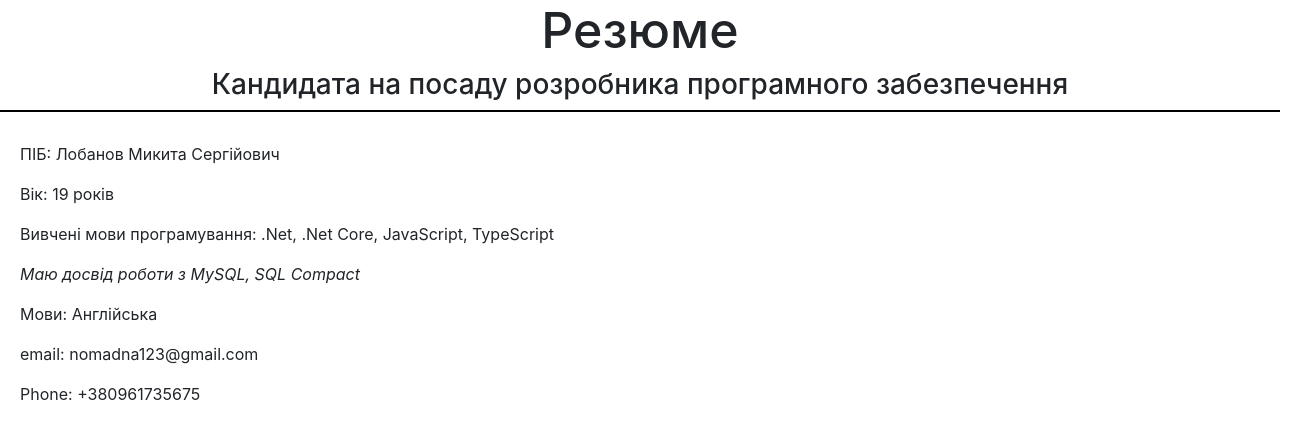
Repository: sMoonBeam/Labs
Page: AboutAuthor/WebContent/about.html
These files come from the project's save history. The page is drawn as it stood at one moment and after the next save; the edit follows.
The browser window is 1280 px wide. The page is 1280 px wide, then 1295 px, so the pictures cover 1295 px, including what lies to the right of the window. The pictures show the whole page.

Above is the page before, as saved 2019-10-16 20:26:00.

After the next save:
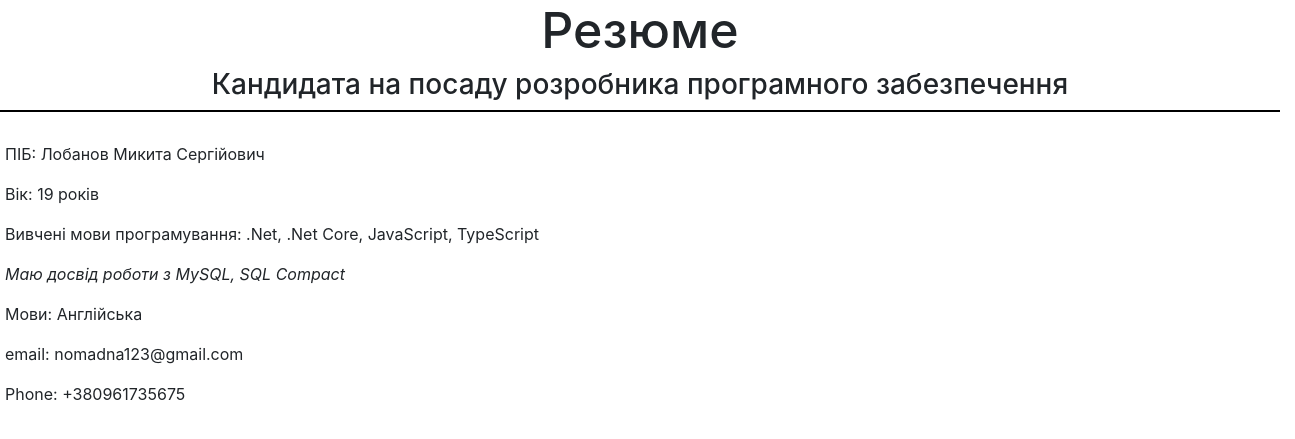
Saved 15 s later.
--- a/AboutAuthor/WebContent/about.html
+++ b/AboutAuthor/WebContent/about.html
@@ -11,15 +11,20 @@
 		<h1 style="font-size:50px;">Резюме</h1>
 		<h3>Кандидата на посаду розробника програмного забезпечення</h3>
 	</div>
-	<div style="padding-top:30px;">
-		<p style="text-indent:20px">ПIБ: Лобанов Микита Сергійович</p>
-		<p style="text-indent:20px">Вiк: 19 рокiв</p>
-		<p style="text-indent:20px">Вивченi мови програмування: .Net, .Net Core, JavaScript, TypeScript</p>
-		<i><p style="text-indent:20px">Маю досвiд роботи з MySQL, SQL Compact</p></i>
-		<p style="text-indent:20px">Мови: Англiйська</p>
+	<div style="padding-top:30px;" class="row">
+		<div>
+			<p style="text-indent:20px">ПIБ: Лобанов Микита Сергійович</p>
+			<p style="text-indent:20px">Вiк: 19 рокiв</p>
+			<p style="text-indent:20px">Вивченi мови програмування: .Net, .Net Core, JavaScript, TypeScript</p>
+			<i><p style="text-indent:20px">Маю досвiд роботи з MySQL, SQL Compact</p></i>
+			<p style="text-indent:20px">Мови: Англiйська</p>
 
-		<p style="text-indent:20px">email: nomadna123@gmail.com</p>
-		<p style="text-indent:20px">Phone: +380961735675</p>
+			<p style="text-indent:20px">email: nomadna123@gmail.com</p>
+			<p style="text-indent:20px">Phone: +380961735675</p>
+		</div>
+		<div>
+			<img href="C:\Users\nomad\eclipse-workspace\AboutAuthor\WebContent\photo.png">
+		</div>
 	</div>
 	</body>
 </html>
